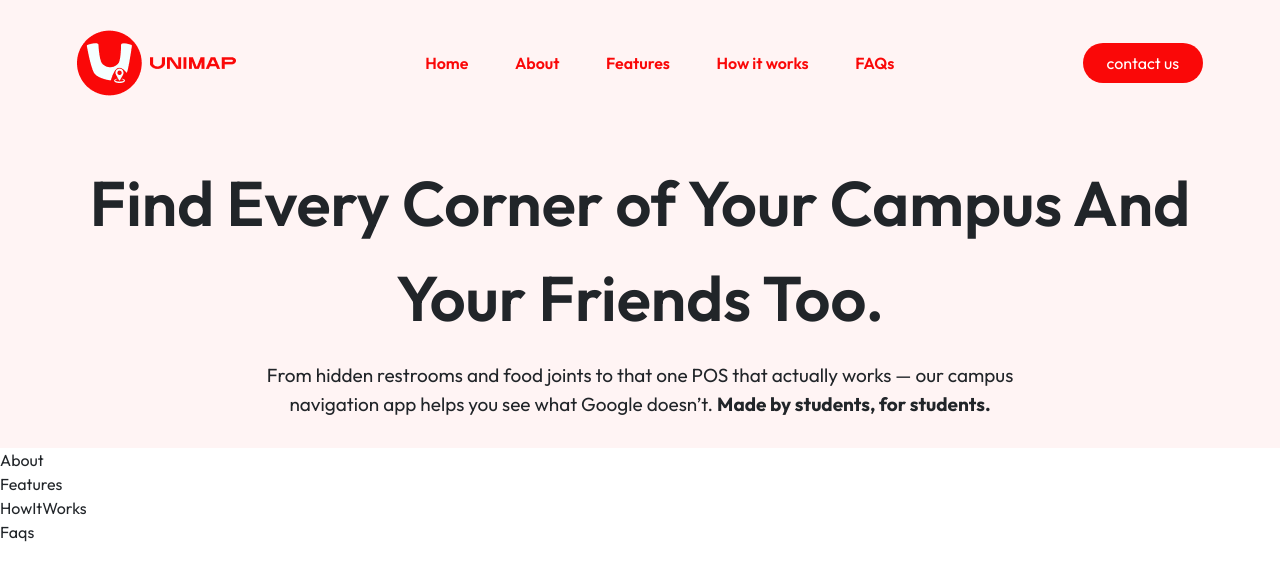
Repository: SahMenz/MUM-website
Page: /
These files come from the project's save history. The page is drawn as it stood at one moment and after the next save; the edit follows.
The browser window is 1280 px wide. The pictures show the whole page.
The project was rebuilt for these pictures with package versions that can differ from the ones it lists, and the page was loaded fresh each time. Also part of the build but not shown: vite.config.js.

Above is the page before, as saved 2025-08-28 01:17:48.

After the next save:
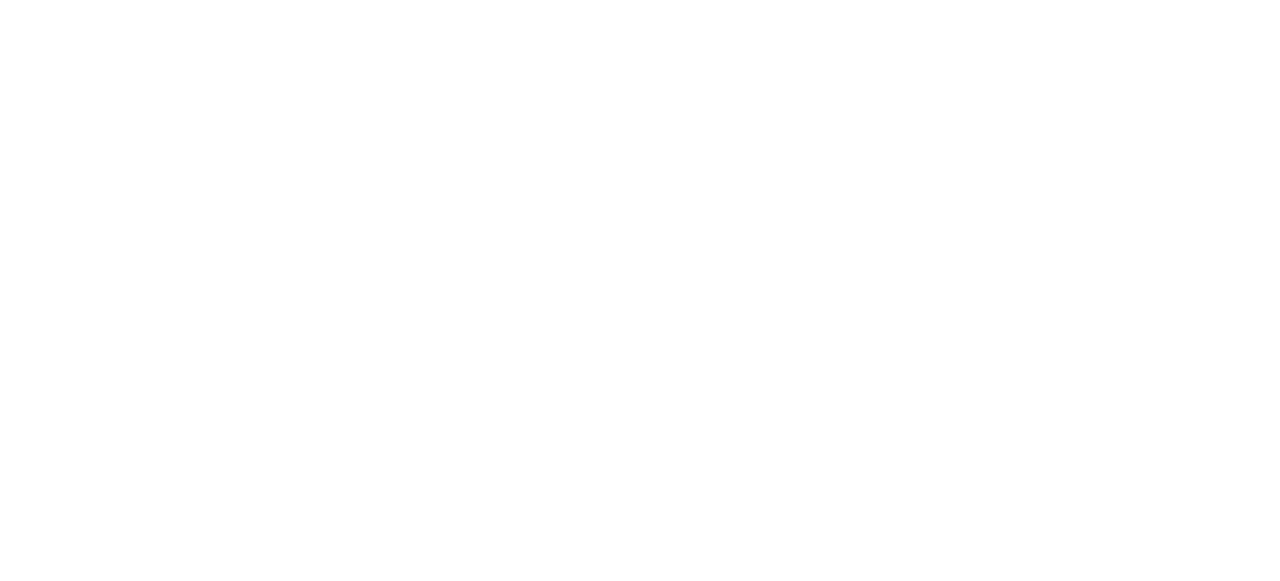
Console error: ReferenceError: whatsappLink is not defined
Saved 7 min 48 s later.
--- a/src/components/navigation/navigation.jsx
+++ b/src/components/navigation/navigation.jsx
@@ -165,13 +165,24 @@
                 end
               >
                 FAQs
-              </NavLink>
-              <button
-                className="px-4 py-2 bg-fa txt-ff"
-                style={{ borderRadius: "30px" }}
-              >
-                contact us
-              </button>
+              </NavLink><a
+          style={{ textDecoration: "none" }}
+          href={whatsappLink}
+          target="_blank"
+          rel="noopener noreferrer"
+        >
+          <button
+            className="d-flex align-items-center"
+            style={{
+            backgroundColor: "#FA0808",
+            borderRadius: "40px",
+            padding: "13px 18px",
+            color:"white"
+          }}
+          >
+            <p className="mb-0 fw-500">Contact us</p>
+          </button>
+        </a>
             </div>
           </div>
         </Offcanvas.Body>

After the 2 saves that followed:
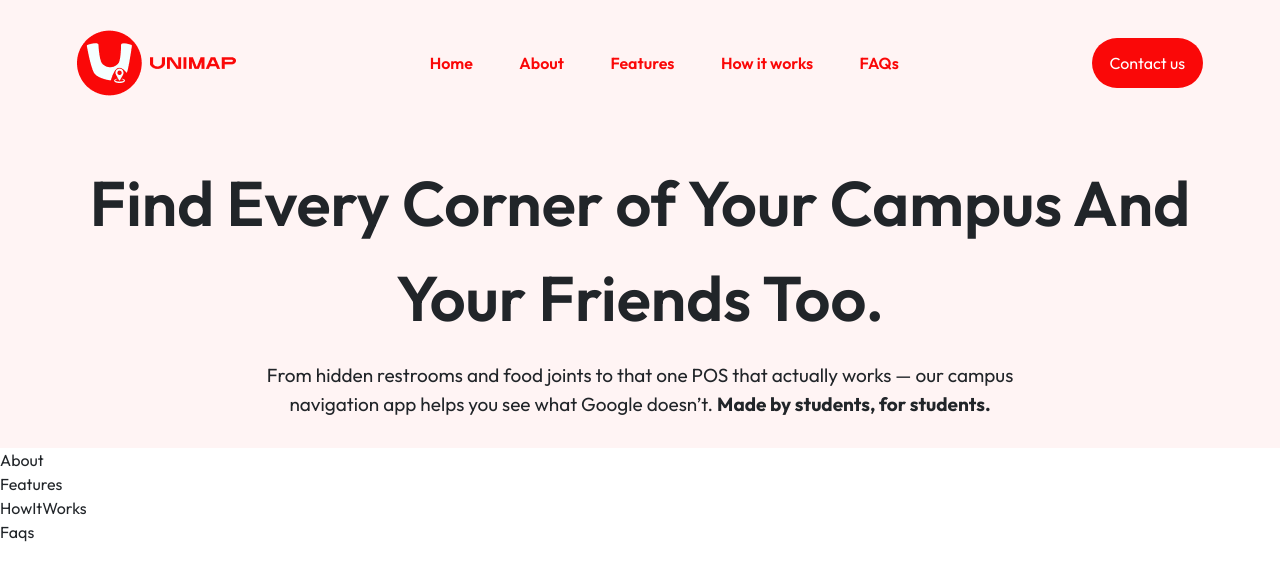
The error is gone.
The 2 saves are shown as one change because they came seconds apart.
The last was saved 3 min 57 s later.
--- a/src/components/navigation/navigation.jsx
+++ b/src/components/navigation/navigation.jsx
@@ -15,6 +15,14 @@
   const handleShow = () => setShow(true);
   const handleClose = () => setShow(false);
 
+  const myWhatsAppNumber = "2349039341520";
+  const preFilledMessage =
+    "Hello! I'm interested in your services. Can we chat?";
+  const cleanedPhoneNumber = myWhatsAppNumber.replace(/[^0-9]/g, "");
+  const encodedMessage = encodeURIComponent(preFilledMessage);
+
+  const whatsappLink = `https://wa.me/${cleanedPhoneNumber}?text=${encodedMessage}`;
+
   return (
     <div className="spacing-50 bg-ff4 ">
       <div className="d-flex justify-content-between align-items-center">
@@ -66,12 +74,24 @@
             FAQs
           </NavLink>
         </div>
-        <button
-          className="d-none d-lg-block px-4 py-2 bg-fa txt-ff"
-          style={{ borderRadius: "30px" }}
+        <a
+          style={{ textDecoration: "none" }}
+          href={whatsappLink}
+          target="_blank"
+          rel="noopener noreferrer"
         >
-          contact us
-        </button>
+          <button
+            className="d-flex align-items-center d-none d-lg-block"
+            style={{
+              backgroundColor: "#FA0808",
+              borderRadius: "40px",
+              padding: "13px 18px",
+              color: "white",
+            }}
+          >
+            <p className="mb-0 fw-500">Contact us</p>
+          </button>
+        </a>
       </div>
       {/* </div> */}
       <div
@@ -165,24 +185,25 @@
                 end
               >
                 FAQs
-              </NavLink><a
-          style={{ textDecoration: "none" }}
-          href={whatsappLink}
-          target="_blank"
-          rel="noopener noreferrer"
-        >
-          <button
-            className="d-flex align-items-center"
-            style={{
-            backgroundColor: "#FA0808",
-            borderRadius: "40px",
-            padding: "13px 18px",
-            color:"white"
-          }}
-          >
-            <p className="mb-0 fw-500">Contact us</p>
-          </button>
-        </a>
+              </NavLink>
+              <a
+                style={{ textDecoration: "none" }}
+                href={whatsappLink}
+                target="_blank"
+                rel="noopener noreferrer"
+              >
+                <button
+                  className="d-flex align-items-center"
+                  style={{
+                    backgroundColor: "#FA0808",
+                    borderRadius: "40px",
+                    padding: "13px 18px",
+                    color: "white",
+                  }}
+                >
+                  <p className="mb-0 fw-500">Contact us</p>
+                </button>
+              </a>
             </div>
           </div>
         </Offcanvas.Body>
